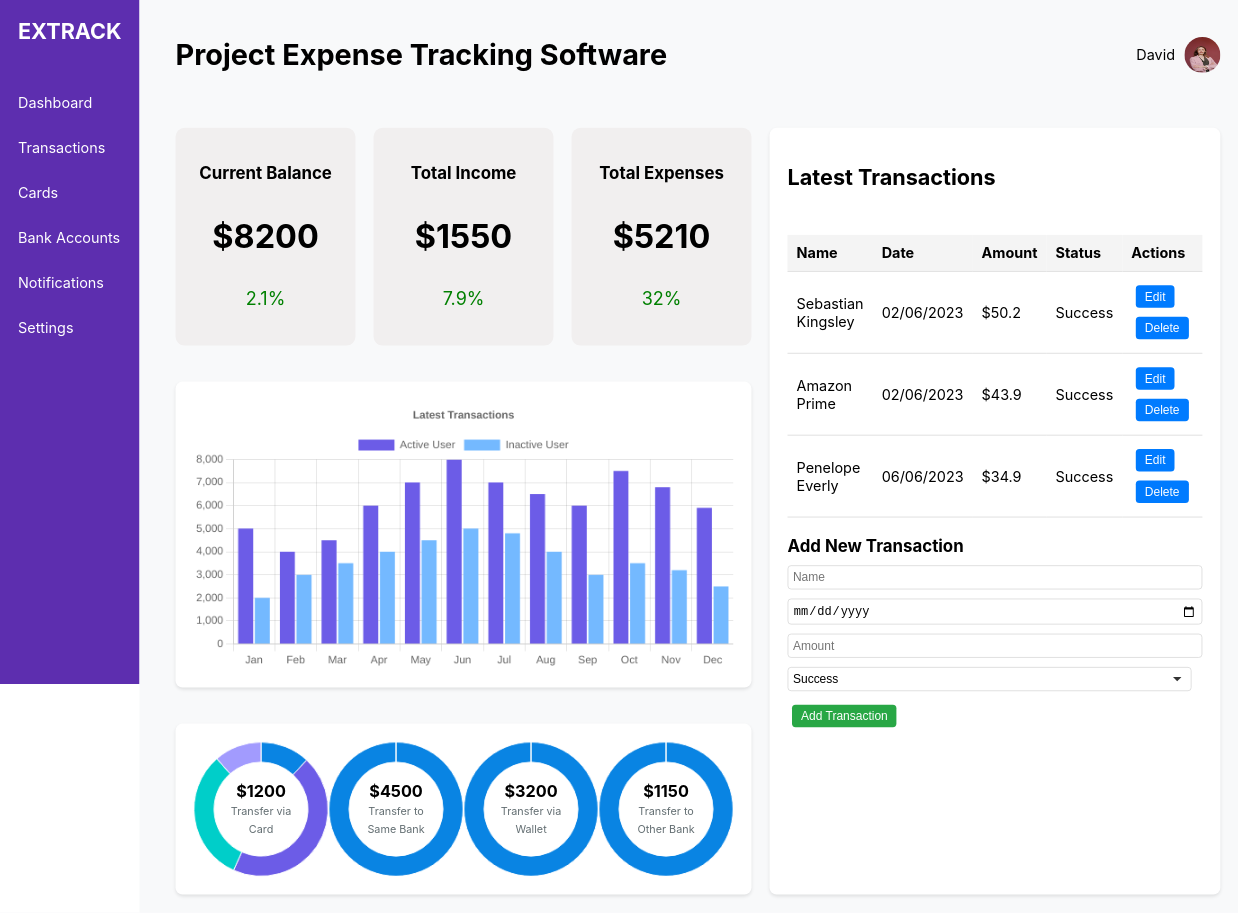
Repository: ChristhurasaRoshan/Expense-Tracker
Page: /dashboard
These files come from the project's save history. The page is drawn as it stood at one moment and after the next save; the edit follows.
The browser window is 1280 px wide. The page is 1376 px wide, then 1396 px, then 1376 px, so the pictures cover 1396 px, including what lies to the right of the window. The pictures show the whole page, at 90% of full size.
The project was rebuilt for these pictures with package versions that can differ from the ones it lists, and the page was loaded fresh each time.

Above is the page before, as saved 2024-08-21 22:15:12.

After the next save:
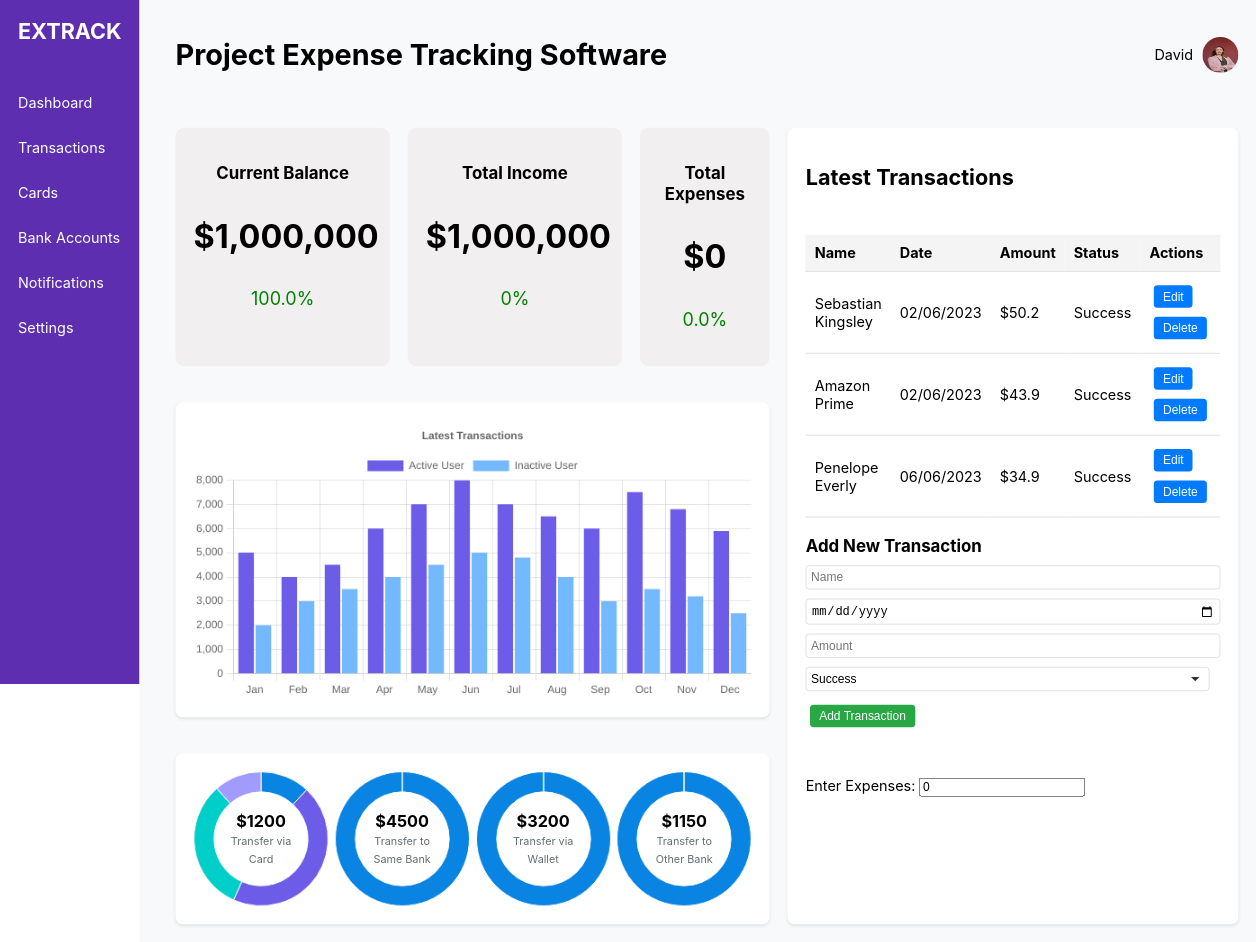
Saved 113 s later.
--- a/src/Components/Dashboard.jsx
+++ b/src/Components/Dashboard.jsx
@@ -1,4 +1,4 @@
-import React from 'react';
+import React, { useState } from 'react';
 import Card from './Card';
 import TransactionList from './TransactionList';
 import ExpenseChart from './ExpenseChart';
@@ -6,13 +6,25 @@
 import '../Styles/Dashboard.css';
 
 const Dashboard = () => {
+  const [totalIncome] = useState(1000000); // Total income set to $1,000,000
+  const [expenses, setExpenses] = useState(0); // Initial expenses
+
+  // Calculate current balance and percentage of expenses
+  const currentBalance = totalIncome - expenses;
+  const expensePercentage = ((expenses / totalIncome) * 100).toFixed(1);
+
+  // Handle user input for expenses
+  const handleExpenseChange = (e) => {
+    setExpenses(Number(e.target.value));
+  };
+
   return (
     <div className="dashboard">
       <div className="dashboard-left">
         <div className="dashboard-header">
-          <Card title="Current Balance" amount="$8200" percentage="2.1%" />
-          <Card title="Total Income" amount="$1550" percentage="7.9%" />
-          <Card title="Total Expenses" amount="$5210" percentage="32%" />
+          <Card title="Current Balance" amount={`$${currentBalance.toLocaleString()}`} percentage={`${(100 - expensePercentage).toFixed(1)}%`} />
+          <Card title="Total Income" amount={`$${totalIncome.toLocaleString()}`} percentage="0%" />
+          <Card title="Total Expenses" amount={`$${expenses.toLocaleString()}`} percentage={`${expensePercentage}%`} />
         </div>
         <ExpenseChart />
         <AmountTransfer />
@@ -22,6 +34,16 @@
           <h2>Latest Transactions</h2>
           <TransactionList />
         </div>
+        <div className="expense-input">
+          <label htmlFor="expense">Enter Expenses: </label>
+          <input
+            id="expense"
+            type="number"
+            value={expenses}
+            onChange={handleExpenseChange}
+            min="0"
+          />
+        </div>
       </div>
     </div>
   );

After the save that followed:
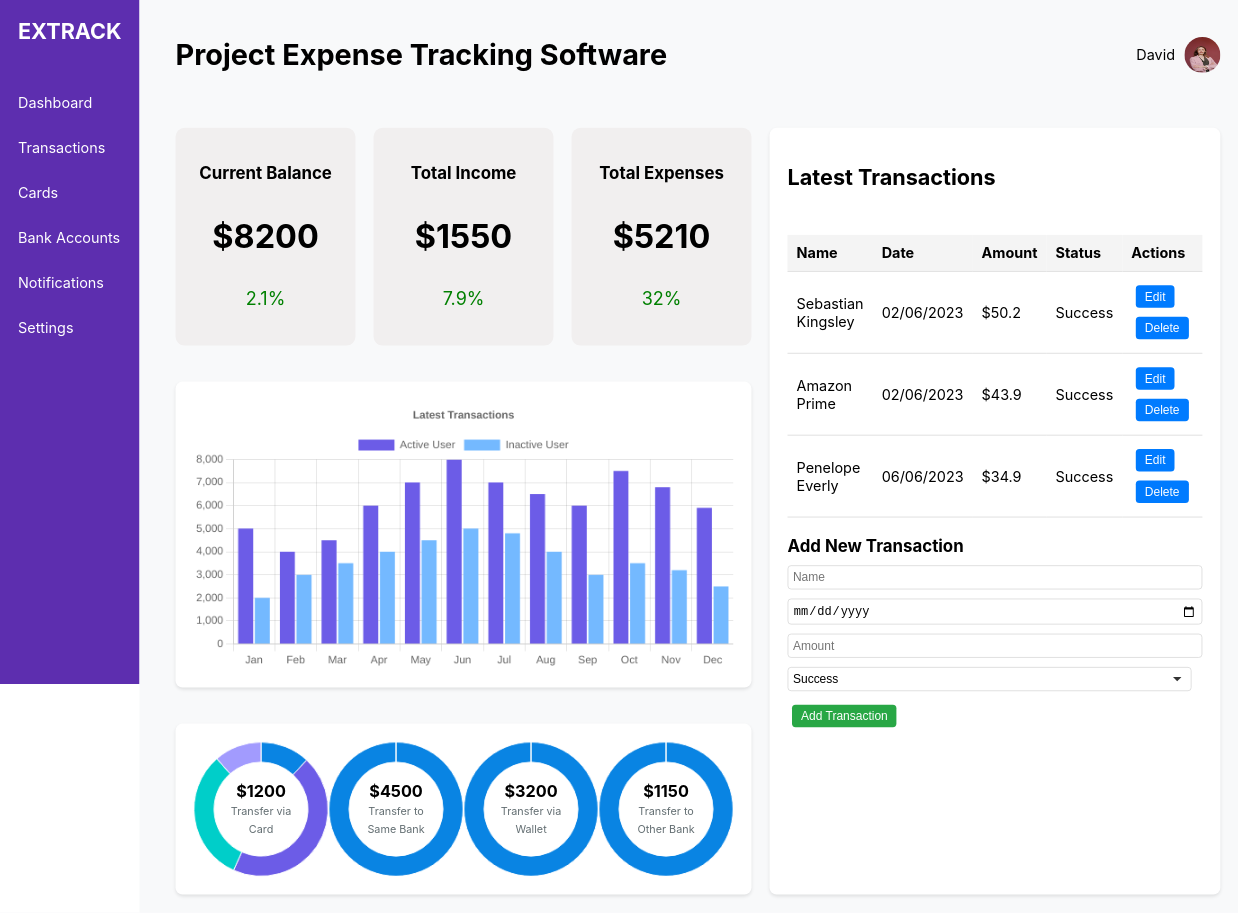
Saved 73 s later.
--- a/src/Components/Dashboard.jsx
+++ b/src/Components/Dashboard.jsx
@@ -1,4 +1,4 @@
-import React, { useState } from 'react';
+import React from 'react';
 import Card from './Card';
 import TransactionList from './TransactionList';
 import ExpenseChart from './ExpenseChart';
@@ -6,25 +6,13 @@
 import '../Styles/Dashboard.css';
 
 const Dashboard = () => {
-  const [totalIncome] = useState(1000000); // Total income set to $1,000,000
-  const [expenses, setExpenses] = useState(0); // Initial expenses
-
-  // Calculate current balance and percentage of expenses
-  const currentBalance = totalIncome - expenses;
-  const expensePercentage = ((expenses / totalIncome) * 100).toFixed(1);
-
-  // Handle user input for expenses
-  const handleExpenseChange = (e) => {
-    setExpenses(Number(e.target.value));
-  };
-
   return (
     <div className="dashboard">
       <div className="dashboard-left">
         <div className="dashboard-header">
-          <Card title="Current Balance" amount={`$${currentBalance.toLocaleString()}`} percentage={`${(100 - expensePercentage).toFixed(1)}%`} />
-          <Card title="Total Income" amount={`$${totalIncome.toLocaleString()}`} percentage="0%" />
-          <Card title="Total Expenses" amount={`$${expenses.toLocaleString()}`} percentage={`${expensePercentage}%`} />
+          <Card title="Current Balance" amount="$8200" percentage="2.1%" />
+          <Card title="Total Income" amount="$1550" percentage="7.9%" />
+          <Card title="Total Expenses" amount="$5210" percentage="32%" />
         </div>
         <ExpenseChart />
         <AmountTransfer />
@@ -34,16 +22,6 @@
           <h2>Latest Transactions</h2>
           <TransactionList />
         </div>
-        <div className="expense-input">
-          <label htmlFor="expense">Enter Expenses: </label>
-          <input
-            id="expense"
-            type="number"
-            value={expenses}
-            onChange={handleExpenseChange}
-            min="0"
-          />
-        </div>
       </div>
     </div>
   );
